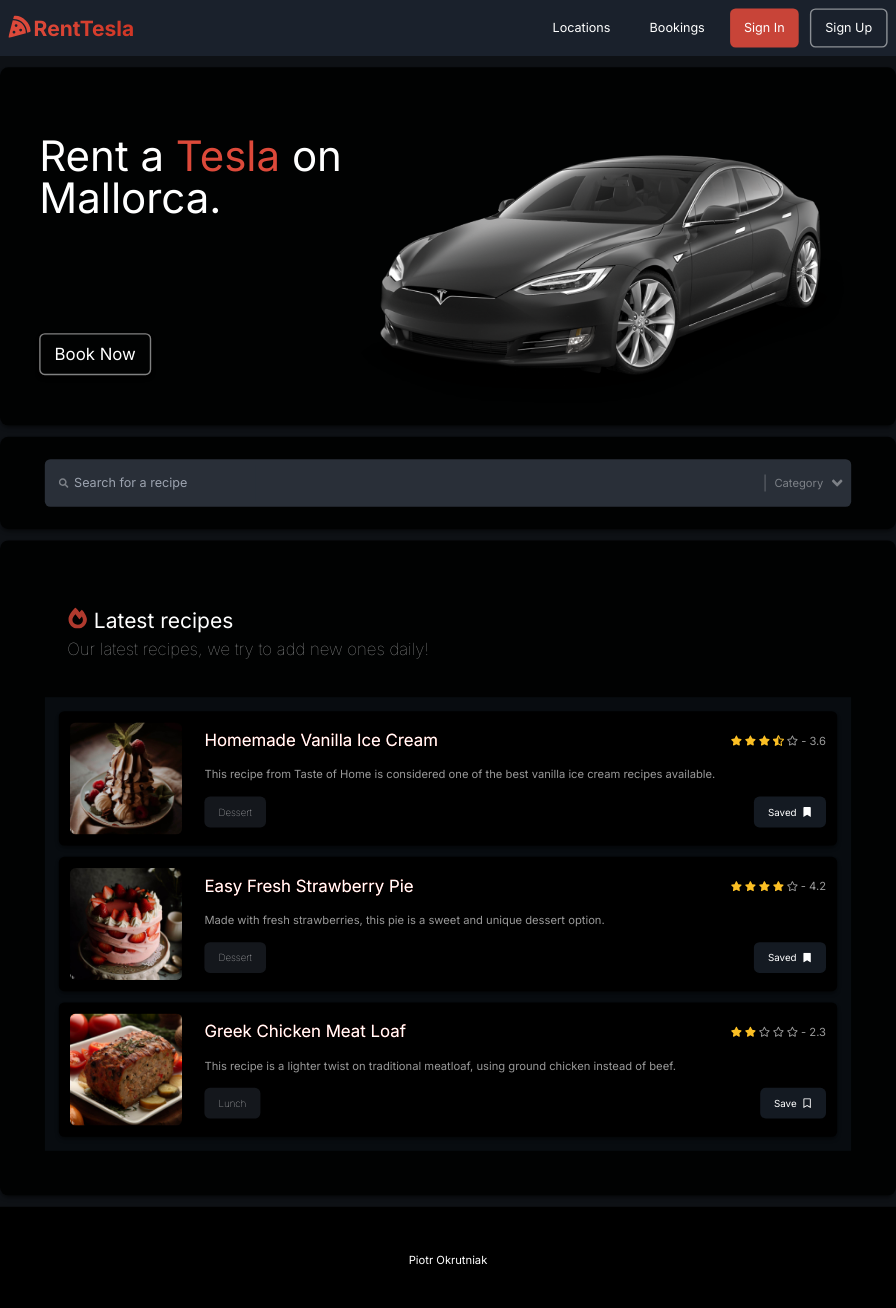
Repository: piotrokrutniak/RentallApp.UI
Page: /
The author's editor kept a copy of each file at every save. The page is drawn from the files as they stood at one save, then again after the next save.
The browser window is 1280 px wide. The pictures show the whole page, at 70% of full size.
The project was rebuilt for these pictures with package versions that can differ from the ones it lists, and the page was loaded fresh each time. The framework's server and built-in components were replaced by stand-ins that run in the browser. Also part of the build but not shown: next.config.js.

Above is the page before, as saved 2023-10-05 21:02:14.

### src/app/layout.tsx
import './globals.css'
import type { Metadata } from 'next'
import { Inter } from 'next/font/google'
import NavBar from './components/navbar/navbar'
import Footbar from './components/footbar/footbar'

const inter = Inter({ subsets: ['latin'] })

export const metadata: Metadata = {
  title: 'Recipefy',
  description: 'Website with the tastiest recipes!',
}

export default function RootLayout({
  children,
}: {
  children: React.ReactNode
}) {
  return (
    <html lang="en">
      <body className={`${inter.className} bg-black`}>
        <div className="bg-slate-600/20 min-h-screen pb-4">
        <NavBar/>
        {children}
        </div>
        <Footbar/>
      </body>
    </html>
  )
}

### src/app/page.tsx
import Image, { StaticImageData } from 'next/image'
import { FaMugHot, FaCookieBite, FaHamburger, FaFireAlt, FaBookmark, FaRegBookmark } from 'react-icons/fa'
import CookingSvg from './components/svgComponents/CookingSvg'
import Rating from './components/generic/rating'
import Button from './components/generic/button'
import tesla from '../../public/media/tesla-mirrored.png'
import lunch from '../../public/media/lunch.jpg'
import dessert from '../../public/media/dessert.jpg'
import strawberryCake from '../../public/media/recipes/strawberryCake.jpg'
import greekMeatLoaf from '../../public/media/recipes/greekMeatLoaf.jpg'
import vanillaIceCream from '../../public/media/recipes/vanillaIceCream.jpg'
import { useState } from 'react'
import { RecipeListing } from './components/generic/recipeListing'
import { Input } from 'postcss'
import SearchBar from './components/generic/searchBar'

export default function Home() {
  return (
    <main className="flex flex-col m-auto gap-4">
      <section id="header-section" className='max-w-7xl bg-black/90 m-auto w-full px-14 py-8 rounded-xl mt-4 shadow-md shadow-black/40'>
        <div className="sm:p-8 pb-14 flex justify-between">

        </div>
        <div className='w-full flex justify-between'>
          <div className="flex flex-col gap-10 justify-between pb-10 text-white">
          <h1 className="text-5xl md:text-6xl"> Rent a <span className="text-vermilion-400">Tesla</span> on Mallorca. </h1>
          <Button className="w-fit rounded-lg shadow-md shadow-black hover:bg-blue-500 bg-transparent capitalize border-white/50 hover:border-blue-500 border-2 text-2xl"> Book Now </Button>
          </div>
          <div className="relative w-full h-96 left-0 flex gap-10 pt-3 overflow-x-auto m-auto justify-around select-none pb-10">
              <Image src={tesla} layout="fill" objectFit="contain" alt="Breakfast Photo" className="h-96 group-hover:opacity-50"/>
          </div>
        </div>
      </section>

      <section id="searchbar-section" className='max-w-7xl bg-black/90 px-7 m-auto w-full p-8 sm:px-16 rounded-xl shadow-md shadow-black/40 flex-col'>
        <SearchBar/>
      </section>

      <section id="top-picks-section" className='max-w-7xl bg-black/90 m-auto w-full sm:p-8 rounded-xl shadow-md shadow-black/40 flex-col'>
        <div className="lg:p-8 pb-14 flex flex-col gap-5">
          <div className="p-8">
            <h1 className="text-3xl text-white flex gap-2 pb-2" > <FaFireAlt className="opacity-80 fill-vermilion-400"/> Latest recipes</h1>
            <p className="text-2xl font-thin text-white/60 flex gap-2" > Our latest recipes, we try to add new ones daily!</p>
          </div>
          <div className="w-full h-fit p-5 bg-slate-800/25 flex flex-col gap-4">
            <RecipeListing title="Homemade Vanilla Ice Cream"
              desc="This recipe from Taste of Home is considered one of the best vanilla ice cream recipes available."
              image={vanillaIceCream}
              rating={3.6}
              saved={true}
              tags={["Dessert"]}/>
            <RecipeListing title="Easy Fresh Strawberry Pie"
              desc="Made with fresh strawberries, this pie is a sweet and unique dessert option."
              image={strawberryCake}
              rating={4.2}
              saved={true}
              tags={["Dessert"]}/>
            <RecipeListing title="Greek Chicken Meat Loaf"
              desc="This recipe is a lighter twist on traditional meatloaf, using ground chicken instead of beef."
              image={greekMeatLoaf}
              rating={2.3}
              saved={false}
              tags={["Lunch"]}/>
          </div>
        </div>
      </section>
    </main>
  )
}

### src/app/globals.css
@tailwind base;
@tailwind components;
@tailwind utilities;

:root {}

@media (prefers-color-scheme: dark) {
  :root {}
}

body {}

### src/app/components/navbar/navbar.tsx
"use client"

import { FaPizzaSlice, FaBars } from "react-icons/fa"
import { BsX } from "react-icons/bs"
import Button from "../generic/button"
import { useState } from "react"
import Link from "next/link"


export default function NavBar(){
    const [showMobile, setShowMobile] = useState(false)

    return(
        <div className="bg-black/80 sticky top-0 z-20 backdrop-blur-xl">
            <div className="w-full flex bg-slate-700/50 ">
                <div className="p-3 m-auto w-full flex max-w-7xl justify-between items-center">
                    <Link href="/">
                    <div className="flex gap-1 h-fit select-none cursor-pointer active:opacity-80 hover:border-b-2 hover:pb-1 active:pb-0
                            border-opacity-0 border-vermilion-400 hover:border-opacity-100 border-b-0 transition-all">
                        <FaPizzaSlice className="h-full w-8 fill-vermilion-400"/>
                        <h1 className="text-3xl font-bold text-transparent bg-clip-text bg-gradient-to-r from-vermilion-400 to-vermilion-500">RentTesla</h1>
                    </div>
                    </Link>
                    <div className="hidden text-lg gap-4 md:flex">
                        <Button className="text-white bg-transparent active:bg-slate-100/5 hover:bg-slate-100/5" onClick={undefined}>
                            Locations
                        </Button>
                        <Button className="text-white bg-transparent active:bg-slate-100/5 hover:bg-slate-100/5" onClick={undefined}>
                            Bookings
                        </Button>
                        <Button className="text-white bg-vermilion-400 active:bg-slate-100/5 hover:bg-slate-100/5" onClick={undefined}>
                            Sign In
                        </Button>
                        <Button className="text-white bg-transparent capitalize border-2 border-white/50 hover:border-vermilion-400 hover:text-vermilion-400 active:opacity-80" onClick={undefined}>
                            Sign Up
                        </Button>
                    </div>
                    <div className="md:hidden">
                        <FaBars className="h-10 w-10 fill-white cursor-pointer hover:fill-vermilion-400 active:opacity-80" onClick={() => setShowMobile(true)}/>
                    </div>
                    <div className={`${showMobile ? "" : "translate-x-full"} absolute w-screen h-screen bg-black left-0 top-0 md:hidden transition-all z-50 ease-in-out`}>
                    <div id="mobile-header" className="flex flex-row-reverse w-full">
                        <BsX className="fill-white w-16 h-16 cursor-pointer hover:fill-vermilion-400" onClick={() => setShowMobile(false)}/>
                    </div>
                    <div id="mobile-body">XDDDDDDDDDDDDDDDDD</div>
                    </div>
                </div>
            </div>
        </div>
    )
}

### src/app/components/footbar/footbar.tsx
export default function Footbar(){
    return(
        <div className="w-full h-20 bg-black mt-16 text-center text-white">
            Piotr Okrutniak
        </div>
    )
}

### src/app/components/generic/button.tsx
import { MouseEventHandler } from "react";

export default function Button({ children, className, onClick, disabled } : { children: React.ReactNode, className: string, onClick: undefined | MouseEventHandler<HTMLButtonElement>, disabled?: boolean }){
    return(
        <button className={`${className} px-5 py-3 rounded-lg bg-blue-500 bg-opacity-90 active:bg-opacity-80 hover:bg-opacity-100 cursor-pointer transition-all flex items-center gap-2 place-items-center`}
            onClick={onClick}
            disabled={disabled}>
            {children}
        </button>
    )
}

### src/app/components/generic/recipeListing.tsx
"use client";
import Image, { StaticImageData } from "next/image"
import Rating from "./rating"
import Button from "./button"
import { FaMugHot, FaCookieBite, FaHamburger, FaFireAlt, FaBookmark, FaRegBookmark } from 'react-icons/fa'
import { useState } from "react"

export function RecipeListing({rating = 0, title, desc, tags, image, saved,}:
    {rating: number | undefined, title: string | undefined, desc: string | undefined, tags: string[], image: StaticImageData | string, saved: boolean }){
      const [isSaved, setSaved] = useState(saved)

      return(
        <div className="w-full p-4 md:h-48 bg-black hover:bg-slate-500/20 rounded-lg shadow-md shadow-black/40 flex flex-col md:flex-row md:justify-between gap-8 items-center text-white group">
          <div className='h-64 w-full md:w-40 md:h-40 shrink-0 rounded-lg overflow-hidden relative cursor-pointer'>
            <Image src={image} layout="fill" objectFit="cover" alt="Breakfast Photo"/>
          </div>
          <div className="h-fit w-full items-center">
            <div className="flex justify-between items-center">
              <h1 className="text-2xl cursor-pointer bg-clip-text hover:text-transparent bg-gradient-to-r from-vermilion-500 to-vermilion-400">{title ?? "Recipe Name"}</h1>
              <Rating rating={rating}/>
            </div>
            <div className="flex justify-between items-center pt-5">
              <p className="text-white/60">{desc ?? "Description"}</p>
            </div>
            <div className="flex justify-between items-center pt-5">
              {tags.map(x => <Button className="bg-slate-500/20 hover:bg-slate-500/40 text-sm font-thin py-1" onClick={undefined}>{x}</Button>)}
              <Button className="bg-slate-700/40 hover:bg-vermilion-500/90 active:opacity-80 text-sm font-normal py-1 transition-all flex items-center gap-2"
                onClick={() => setSaved(x => !x)}>
                {isSaved ? <>Saved <FaBookmark/></> : <>Save <FaRegBookmark/></>}
                </Button>
            </div>
          </div>
        </div>
      )
  }

### src/app/components/generic/searchBar.tsx
"use client"
import { Dispatch, SetStateAction, useState } from "react"
import { BsX } from "react-icons/bs"
import { FaSearch, FaAngleDown } from "react-icons/fa"

export default function SearchBar(){
    const [dropdownOpened, setDropdownOpened] = useState(false)
    const [chosenOption, setChosenOption] = useState("")

    function ToggleDropdownOpened(){
        setDropdownOpened(x => !x)
    }

    return(
        <div className="bg-slate-500/40 rounded-lg flex pl-5 gap-2 items-center focus-within:bg-slate-500/50 transition-colors ease-in">
            <FaSearch className="fill-slate-50/40"/>
            <input type="text" placeholder="Search for a recipe" className="bg-transparent p-5 pl-0 text-white w-full outline-none text-lg border-none"/>

            <div className="flex text-slate-50 cursor-pointer border-l-2 pl-3 border-white/20 relative">
                <div className="flex opacity-40 hover:opacity-60 active:opacity-40 transition-opacity" onClick={() => ToggleDropdownOpened()}>

                {chosenOption || "Category"}
                <FaAngleDown className={`${dropdownOpened ? "rotate-180" : ""} fill-slate-50 w-10 h-6 transition-all`}/>
                </div>

                <div className={`${dropdownOpened ? "block" : "hidden"} absolute top-14 right-0 h-44 w-56 bg-black rounded-lg overflow-hidden`}>
                    <div className="w-full h-full bg-slate-500/50 overflow-y-auto pt-0">
                        <DropdownOption toggleDropdownOpened={ToggleDropdownOpened} setChosenOption={setChosenOption} chosenOption={chosenOption} text="Breakfast"/>
                        <DropdownOption toggleDropdownOpened={ToggleDropdownOpened} setChosenOption={setChosenOption} chosenOption={chosenOption} text="Lunch"/>
                        <DropdownOption toggleDropdownOpened={ToggleDropdownOpened} setChosenOption={setChosenOption} chosenOption={chosenOption} text="Dessert"/>
                        <DropdownOption toggleDropdownOpened={ToggleDropdownOpened} setChosenOption={setChosenOption} chosenOption={chosenOption} text="Dinner"/>
                        <DropdownOption toggleDropdownOpened={ToggleDropdownOpened} setChosenOption={setChosenOption} chosenOption={chosenOption} text="Appetizer"/>
                        <DropdownOption toggleDropdownOpened={ToggleDropdownOpened} setChosenOption={setChosenOption} chosenOption={chosenOption} text="Pastries"/>
                    </div>
                </div>
            </div>
        </div>
    )
}

function DropdownOption({setChosenOption, toggleDropdownOpened, text, chosenOption} :
    {setChosenOption: Dispatch<SetStateAction<string>>, toggleDropdownOpened: () => void, text: string, chosenOption: string}){
    const [isChecked, setIsChecked] = useState(false)

    function UnCheck(): void{
        setChosenOption("")
        setIsChecked(false)
    }

    function Check(): void{
        setChosenOption(text)
        toggleDropdownOpened()
        setIsChecked(true)
    }

    return(
        <div className={`${chosenOption == text ? "bg-black/30 font-bold" : ""} hover:bg-slate-100/10 px-3 py-2 flex justify-between`}>
                <div className="w-full" onClick={() => Check()}>
                    {text}
                </div>
                <div className="flex">
                    {chosenOption == text ? <UncheckButton onClick={UnCheck}/> : <></>}
                </div>
        </div>
    )
}

function UncheckButton({onClick} : {onClick: () => void}){
    return(
    <BsX className="w-6 h-6 hover:fill-red-500 hover:scale-110 active:scale-100" onClick={() => onClick()}/>
    )
}

### src/app/components/generic/rating.tsx
import { FaStar, FaStarHalf, FaStarHalfAlt, FaRegStar} from 'react-icons/fa'
import { IconType } from 'react-icons'

export default function Rating({rating = 0,}: {rating: number | undefined | void}){
    const defaultRating: boolean[] = [false, false, false, false, false]

    const initRating: number = rating

    const ratings: React.JSX.Element[] = []

    for(let i: number = 0; i < 5; i++){
        rating >= 1 ?  ratings.push(<Star filled={true}/>) : ratings.push(rating >= 0.5 ? <HalfStar/> : <Star filled={false}/>)
        rating -= 1;
    }



    return(
        <div className="flex gap-1 items-center shrink-0 text-white/60">
            {ratings} - {initRating}
        </div>
    )
}

function Star({filled = false,}: {filled: boolean}){
    return filled ? <FaStar className="fill-amber-400"/> : <FaRegStar/>
}

function HalfStar(){
    return <FaStarHalfAlt className="fill-amber-400"/>
}

### tailwind.config.js
/** @type {import('tailwindcss').Config} */
module.exports = {
  content: [
    './src/pages/**/*.{js,ts,jsx,tsx,mdx}',
    './src/components/**/*.{js,ts,jsx,tsx,mdx}',
    './src/app/**/*.{js,ts,jsx,tsx,mdx}',
  ],
  theme: {
    extend: {
      backgroundImage: {
        'gradient-radial': 'radial-gradient(var(--tw-gradient-stops))',
        'gradient-conic':
          'conic-gradient(from 180deg at 50% 50%, var(--tw-gradient-stops))',
      },
      height:{
        '112': '28rem',
        '128': '32rem',
      },
      width:{
        '112': '28rem',
        '128': '32rem',
      },
      colors:{
        "emerald":{
          "50": "#b0fde8",
          "100": "#60FBD2",
          "200": "#24F9C1",
          "400": "#06EFB1",
          "500": "#06d6a0",
        },
        "paygray":{
          "50": "#CED9DE",
          "100": "#aabcc5",
          "200": "#7996A4",
          "400": "#638292",
          "500": "#5A7684",
        },
        "vermilion":{
          "50": "#f0afa8",
          "100": "#ea8f85",
          "200": "#E06052",
          "400": "#dc493a",
          "500": "#d03625",
        },

      },
      minWidth:{
        'mobile': '360px',
        '54': '258px',
      },
      screens:{
        'xs': '580px',
        '850': '850px',
      },
    },
  },
  plugins: [],
}

After the next save:
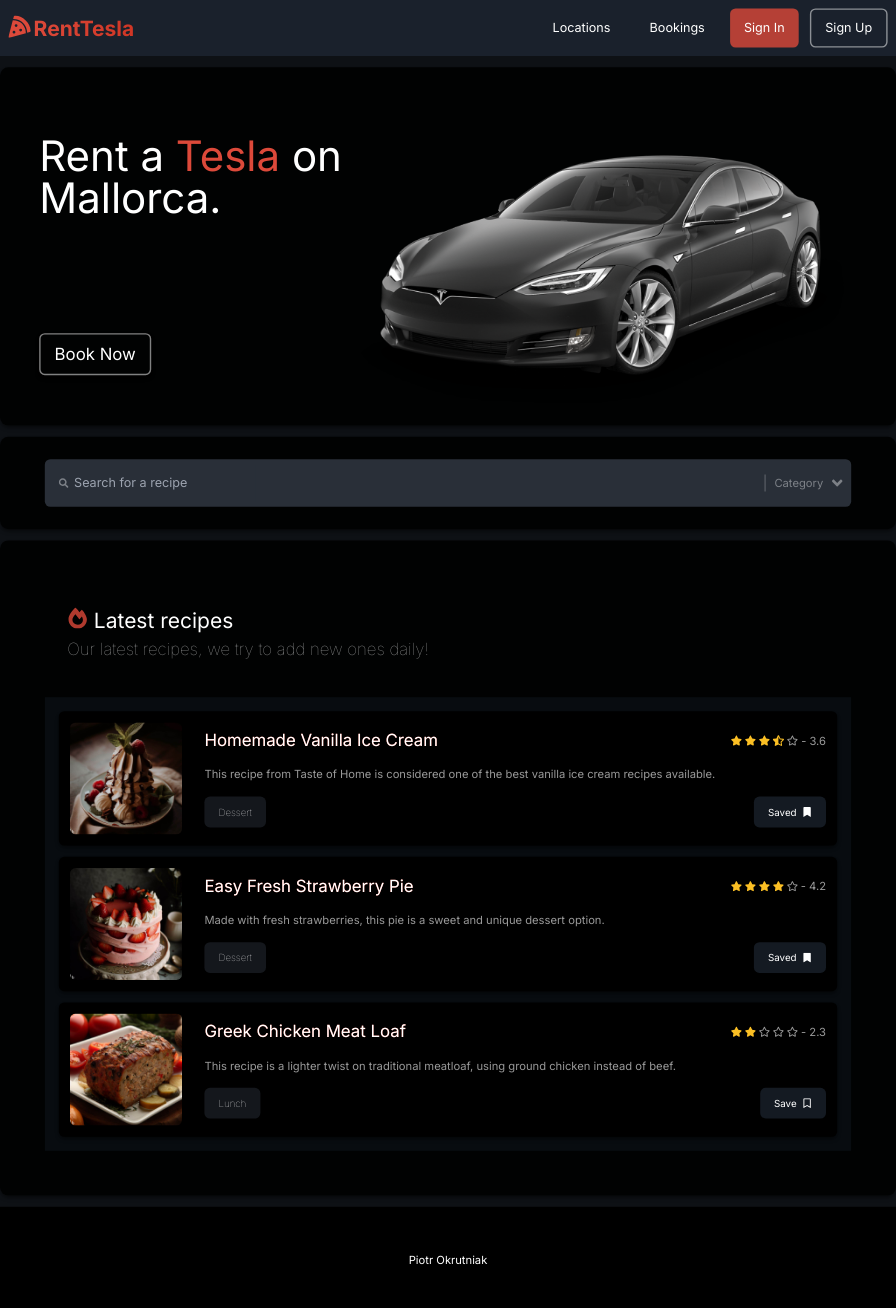
Saved 17 s later.
--- a/src/app/components/navbar/navbar.tsx
+++ b/src/app/components/navbar/navbar.tsx
@@ -28,7 +28,7 @@
                         <Button className="text-white bg-transparent active:bg-slate-100/5 hover:bg-slate-100/5" onClick={undefined}>
                             Bookings
                         </Button>
-                        <Button className="text-white bg-vermilion-400 active:bg-slate-100/5 hover:bg-slate-100/5" onClick={undefined}>
+                        <Button className="text-white bg-vermilion-400/80 active:bg-slate-100/5 hover:bg-slate-100/5" onClick={undefined}>
                             Sign In
                         </Button>
                         <Button className="text-white bg-transparent capitalize border-2 border-white/50 hover:border-vermilion-400 hover:text-vermilion-400 active:opacity-80" onClick={undefined}>

After the save that followed:
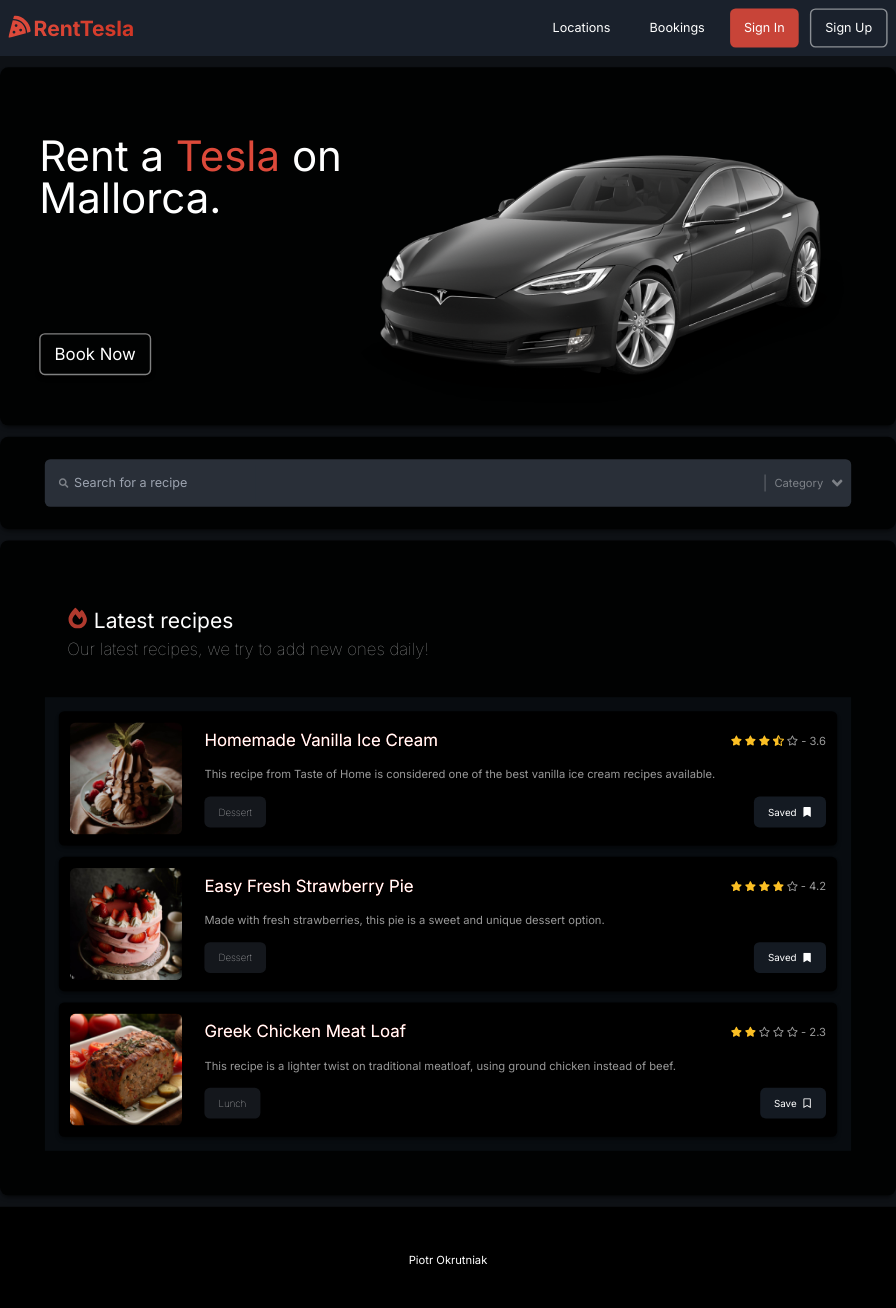
Saved 9 s later.
--- a/src/app/components/navbar/navbar.tsx
+++ b/src/app/components/navbar/navbar.tsx
@@ -28,7 +28,7 @@
                         <Button className="text-white bg-transparent active:bg-slate-100/5 hover:bg-slate-100/5" onClick={undefined}>
                             Bookings
                         </Button>
-                        <Button className="text-white bg-vermilion-400/80 active:bg-slate-100/5 hover:bg-slate-100/5" onClick={undefined}>
+                        <Button className="text-white bg-vermilion-400" onClick={undefined}>
                             Sign In
                         </Button>
                         <Button className="text-white bg-transparent capitalize border-2 border-white/50 hover:border-vermilion-400 hover:text-vermilion-400 active:opacity-80" onClick={undefined}>
